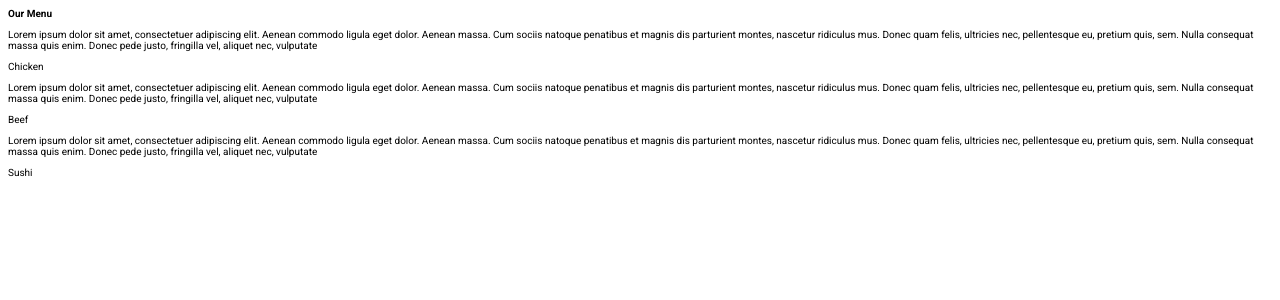
Repository: Normandy72/module2-solution
Page: index.html
An editor plug-in stored every save of this project. The page is shown before and after a run of saves, followed by the edit.
The browser window is 1280 px wide. The pictures show the whole page.

Above is the page before, as saved 2022-12-05 14:40:21.

After the next 2 saves:
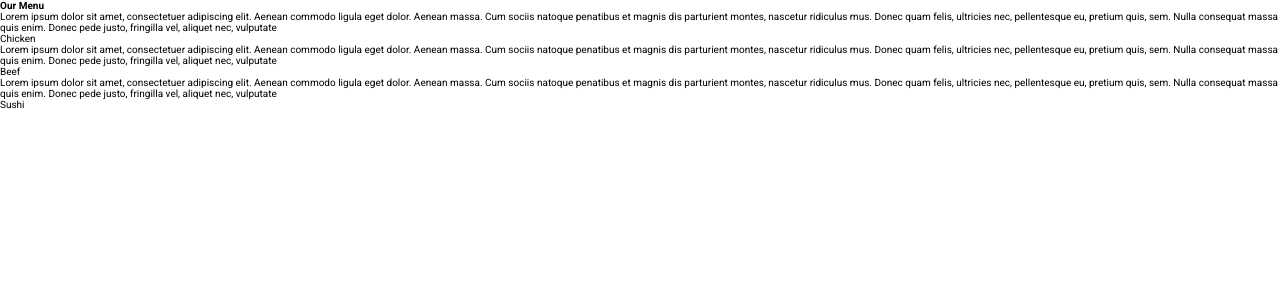
The 2 saves are shown as one change because they came seconds apart.
The last was saved 22 s later.
--- a/styles/style.css
+++ b/styles/style.css
@@ -1,4 +1,8 @@
 *{
     font-family: 'Roboto', sans-serif;
     font-size: 10px;
+
+    margin: 0;
+    padding: 0;
+    box-sizing: border-box;
 }
